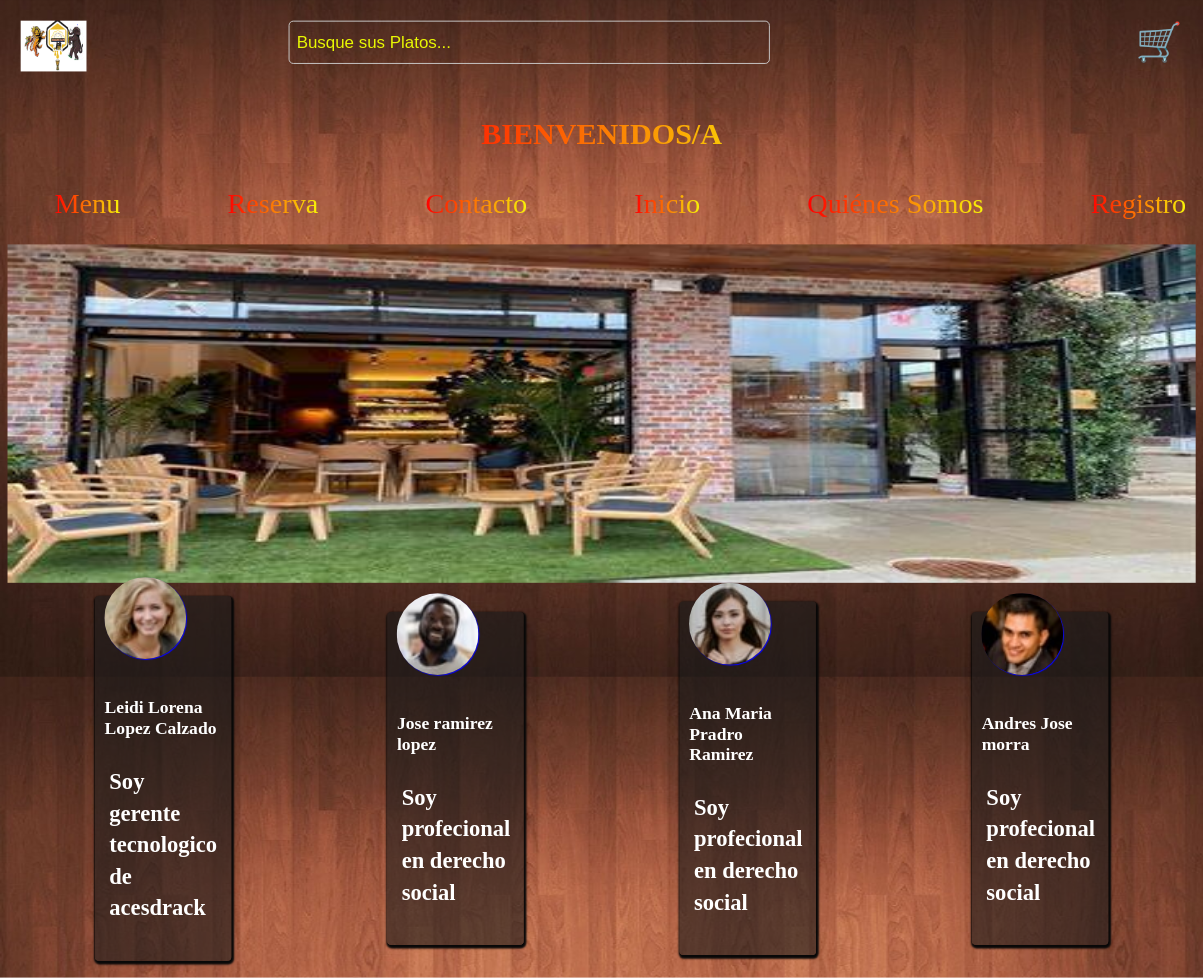
Repository: ye909/app_restaurante
Page: index.html
The author's editor kept a copy of each file at every save. The page is drawn from the files as they stood at one save, then again after the next save.
The browser window is 1280 px wide. The pictures show the whole page, at 94% of full size.
Backgrounds fixed to the window are drawn as part of the page.

Above is the page before, as saved 2025-01-12 07:17:55.
Console error: ReferenceError: menuItems is not defined

### index.html
<!DOCTYPE html>
<html lang="en">

<head>
  <meta charset="UTF-8">
  <meta name="viewport" content="width=device-width, initial-scale=1.0">
  <title>Document</title>
  <link rel="Icon" href="./public/imagen/letra.ico">
  <link rel="stylesheet" href="/css/menu_principal.css">
  <link rel="stylesheet" href="/css/footer.css">
  <link rel="stylesheet" href="/css/heder.css">
  <link rel="stylesheet" href="/css/modal_card.css">
  <link rel="stylesheet" href="/css/stilo.css">
  <link rel="stylesheet" href="/css/menu_navegacion.css">
  <link rel="stylesheet" href="/css/reservar.css">

</head>

<body>
  <header>
    <div class="container_header_card">
      <div class="imagen"><img src="/public/imagen/login.gif" alt=""></div>

      <input type="text" id="buscar" class="buscar" placeholder="Busque sus Platos...">
      <ul id="productList" class="productList"></ul>

      <div id="cart-btn" class="shopping">🛒</div>

  </header>



  <h1 class="bienvenida" id="bienvenida">BIENVENIDOS/A</h1>
  <nav>
    <ul>
      <li id="menu-btn"><a href="#">Menu</a></li>

      <li><a href="./maquetacion/templei/reserva.html" target="_self">Reserva</a></li>
      <li><a href="#contacto">Contacto</a></li>
      <li><a href="./public/templeis/login.html" target="_self">Inicio</a></li>
      <li><a href="#somos">Quiénes Somos</a></li>
      <li><a href="./public/templeis/registro.html" target="_self">Registro</a> </li>
    </ul>
  </nav>
 <img src="./public/imagen/rrstaurante1.jpg" alt="" class="imgRestaurante">

  <main id="menu-view" class="menu-view">
    <div class="filter-buttons">
      <button class="filter" data-region="Todos">Todos</button>
      <button class="filter" data-region="Latinoamérica">Latinoamérica</button>
      <button class="filter" data-region="Centroamérica">Centroamérica</button>
      <button class="filter" data-region="Suramérica">Suramérica</button>
    </div>
    <div id="menu-items" class="menu-items"></div>
    <div>
      <h1>aaas</h1>
    </div>
    <audio id="clickSound" src="./public/audio/mouse_btn3.mp3"></audio>
  </main>


  <main id="cart-view" class="cart-view">
    <h2 class="carro">Carrito de Compras</h2>
    <div id="cart-items" class="cart-items"></div>
    <div class="cart-total">
      <p>Total: <span id="cart-total">$0.00</span></p>
      <button id="back-to-menu">Volver al Menú</button>
      <button id="Domicilio"> <a href="./maquetacion/templei/domicilio.html"  target="_self">Domicilio</a></button>

    </div>
  </main>

  <div class="container_card_persona">

    <article class="container_persona">
      <img src="./public/imagen/mona.jpg" alt=""><br><br>
      <h3>Leidi Lorena Lopez Calzado</h3>
      <p>Soy gerente tecnologico de acesdrack </p>
    </article>

    <article class="container_persona">
      <img src="./public/imagen/afro.jpg" alt=""><br><br>
      <h3>Jose ramirez lopez</h3>
      <p>Soy profecional en derecho social</p>
    </article>


    <article class="container_persona">
      <img src="./public/imagen/indigena.jpg" alt=""><br><br>
      <h3>Ana Maria Pradro Ramirez</h3>
      <p>Soy profecional en derecho social</p>
    </article>

    <article class="container_persona">
      <img src="./public/imagen/mestizo.jpg" alt=""><br><br>
      <h3>Andres Jose morra</h3>
      <p>Soy profecional en derecho social</p>
    </article>


  </div>
  <!--
  <p class="text_invitacion"> Los envitamos a que descubra una explosión de sabores en cada bocado. <br>
    Tu próxima experiencia gastronómica inolvidable te espera.
  </p>
  <br> <br>

  <div class="quienes_somos" id="somos">
    <h1>Quiénes Somos</h1>
    <p>En <strong>Gostriafromix</strong>, somos un restaurante apasionado por la buena comida y el servicio de calidad.
      <br>
      Fundado con el propósito de ofrecer una experiencia gastronómica única, combinamos ingredientes frescos con
      recetas innovadoras para crear platos que deleitan el paladar. <br>
      Nuestro equipo está compuesto por chefs experimentados y personal dedicado que trabaja día a día para hacer que
      cada visita sea inolvidable.
    </p>
    <p>Nuestro objetivo es brindarte un ambiente acogedor donde puedas disfrutar de momentos especiales, ya sea con
      amigos, familiares o en una ocasión especial. Te invitamos a
      visitarnos y descubrir por qué somos el lugar preferido por los amantes de la buena comida.</p>
  </div>

  <footer>
    <div class="conataine_footer">
      <div>
        <h4>Servicio al ciudadano</h4>
        <p><span>L</span>ínea directa <br> <br> (601) 2773555</p>
        <p id="domicilio"><span>S</span>ervicios ha domicilio<br> <br>328866178 <br><br>Dirreccion calle 12# 43-23 sur
        </p>

      </div>

      <div>
        <h4>Lineas de atencion</h4>
        <p><span>E</span>n Bogotá, <br> desde fijo o celular, al <br><br>
          (601) 307 70 51 <br><br>
          01 8000 930100 <br><br>
          <span>D</span>esde celular marca <br><br>
          #961
        </p>
      </div>
      <div>
        <h4>Redes</h4>
        <div><a href=""><i class="fa-brands fa-facebook"> </i></a> Facebook</div>
        <div><a href=""><i class="fa-brands fa-twitter"></i></a>Twitter</div>
        <div><a href=""><i class="fa-brands fa-linkedin"></i> </a>Linkedin</div>
        <div><a href=""><i class="fa-brands fa-instagram"></i></a> Instagram</div>
      </div>
      <div>
        <h4 id="contacto">Contacto</h4>
        <p><span>D</span>irección Nacional<br><br>
          <span>C</span>arrera 85K No. 46A-66<br><br>
          <span>b</span>ogotá D.C., Colombia<br><br>
          <span>T</span>eléfono administrativo<br><br>
          (60)1 419 3000
        </p>
      </div>

      <div>
        <h4> Canales de atención</h4>
        <p><a href="#">Preguntas frecuentes</p></a><br>
        <p><a href="#">Escríbe tu PQRS</p></a><br>
        <p><a href="#">Nuestras sedes</p></a>
      </div>
    </div>
  </footer>
  <div class="container_final">2024 Bogota Colombia D.C</div> -->


  <script src="./js/script.js"></script>
  <script src="./js/productos.js"></script>
  <script src="./js/dinamico.js"></script>
</body>

</html>

### css/menu_principal.css
:scope{
    padding: 0%;
    margin: 0%;
    overflow: scroll;
}

html {
    scroll-behavior: smooth;
    background-image: url(../public/imagen/janos.jpg);
    background-repeat: no-repeat;
    background-size: cover;
    background-attachment: fixed;
    background-size: 100% 100%;
    height: auto;
  }
  .container_card_persona {
    display: flex;
    justify-content: space-around;
    align-items: center;
    flex-direction: row;
    flex-wrap: wrap;
    padding: 10px;
  }
  .container_persona {
    width: 10%;
    background: rgba(26, 25, 25, 0.6);
    border-radius: 4px;
    color: white;
    padding: 10px;
    height: auto;
    box-shadow: rgb(8, 8, 8) 1px 2px 2px 2px;
  }
  .container_persona img {
    object-fit: cover;
    width: 70%;
    margin-top: -30px;
    border-radius: 80px;
    box-shadow: rgb(8, 4, 247) 1px 1px 1px;
  }
/*






  h3 {
    text-align: center;
    color: yellow;
  }
  .container_persona p {
    padding: 6px;
    font-size: 18px;
    list-style: 1.4;
  }

  .quienes-somos {
    width: 100%;
    text-align: center;
    background: rgba(232, 232, 157, 0.4);
  }
  .quienes-somos p {
    font-size: 30px;
    line-height: 1.4;
  }

  .text_invitacion {
    font-size: 25px;
    line-height: 1.4;
    width: 99%;
    text-align: center;
    background: rgba(232, 232, 157, 0.2);
  }
   */

### css/footer.css
.conataine_footer {
  display: flex;
  justify-content: space-between;
  flex-direction: row;
  flex-wrap: wrap;
  margin: 10px;
}

p {

  padding: 5px;
  font-size: 20px;
  font-weight: bold;
}
span {
  font-size: 25px;
}
.quienes_somos {
  background:rgba(161, 161, 59, 0.5);
}
.quienes_somos p{
  text-align: center;
font-size: 25px;
}
:is(.container_final) {
  display: flex;
  justify-content: center;
  align-items: center;
}

h4 {
  color: blue;
  font-size: 30px;
}
:is(.container_final, h4, i) {
  padding: 10px;
}
.container_final {
  background: rgba(12, 12, 12, 0.2);
  color: white;
}
.fa-facebook {
  color: rgb(5, 5, 253);
}
.fa-twitter {
  color: rgb(8, 123, 245);
}
.fa-linkedin {
  color: rgb(71, 71, 155);
}
.fa-instagram {
  color: rgb(243, 17, 17);
}
a {
  cursor: pointer;

}
footer a {
  font-size: 20px;
  color: white;
}
footer {
  background: rgba(10, 10, 10, 0.6);
  color: white;
}

### css/heder.css
.container_header_card{
    display: flex;
    justify-content: space-between;
    justify-items: center;
    flex-direction: row;
    flex-wrap: wrap;
    padding: 14px;
    }

 .productList {
     list-style-type: none;
     padding: 0;
 }

 .productList li {
     padding: 10px;
     border-bottom: 1px solid #ccc;
 }

 .productList li:last-child {
     border-bottom: none;
 }

  .container_header_card img{
    width: 70px;
}
  .shopping{
    font-size: 40px;
cursor: pointer;
}
.buscar::placeholder{
    color:rgb(232, 248, 3);
    font-size: 18px;
}

.buscar {
    width: 40%;
    height: 3.9vh;
    background:transparent;
    color:white;
    font-size: 18px;
    border-radius: 5px;
    margin-left: 20px;
}
:is(.bienvenida,
 .buscar){
     padding: 8px;
 }
 .bienvenida{
    background-image:linear-gradient(to left, rgb(4, 151, 4), rgb(248, 244, 7),  red,rgb(14, 14, 240));
    -webkit-text-fill-color:transparent;
    -webkit-background-clip: text;
    background-clip: text;
    text-align: center;


}

### css/modal_card.css
t-items{
     display: none;
}
.card {
  width: 15%;
  height: 20vh;
  padding: 10px;
  background: rgba(0, 0, 0, 0.4);
  border-radius: 10px;
}
h1{
  text-align: center;
  padding: 10px;

}
.carro{
  color:yellow;
}
.card img {
  width: 100%;
  height: 150px;
  object-fit: cover;
  border-radius: 5px;
}
.cart-view,.menu-view{
  display: none;
}
.card button {
  margin-top: 10px;
  background-color: #007bff;
  color: white;
  border: none;
  padding: 10px;
  border-radius: 5px;
  cursor: pointer;
}

.card button:hover {
  background-color: #0056b3;
}

.cart-total {
  text-align: right;
  margin: 20px;
}


.cart-total{
  font-size: 20px;
  color:blue;
}
button {
  width: 270px;
  padding: 10px;

  margin: 10px;
  transition: background-color 0.3s ease, transform 0.2s ease;
  border-radius: 20px ;
  background: rgba(247, 247, 248, 0.568) ;
  color: blue;
  font-size: 20px;
}
button:hover {
  border: none;
  background: #0606f8fd;
  color: black;
  box-shadow: rgb(7, 71, 236) 2px 2px 2px, rgb(7, 71, 236) 2px 2px 2px,
    rgb(7, 71, 236) 2px 2px 2px, rgb(7, 71, 236) 2px 2px 2px;
}

### css/stilo.css


/*

    .filter-buttons {
      margin: 20px;
      text-align: center;
    }

    .filter {
      margin: 5px;
      padding: 10px 15px;
      background-color: #007bff;
      color: white;
      border: none;
      cursor: pointer;
      border-radius: 5px;
    }

    .filter:hover {
      background-color: #0056b3;
    }
    .menu-items,.cart-view{
      display: flex;
      justify-content: space-between;
      justify-content: center;
      flex-direction: row;
      flex-wrap: wrap;
      gap: 20px;
    }
     */

### css/menu_navegacion.css


ul{
display: flex;
justify-content: space-between;
text-align: center;
flex-direction: row;
flex-wrap: wrap;
}
li{
    font-size: 30px;
    list-style: none;
margin: 10px;

}
.imgRestaurante {
    width: 100%;
    height: 50vh;

  }
a{

    list-style: none;
    text-decoration: none;
    color: blue;
}
li:hover{
    transition: 1s ease , transform 1s ease;
    border-bottom: 2px solid yellow;


}
nav a{
    background-image:linear-gradient(to left, rgb(248, 244, 7),  red);
    -webkit-text-fill-color:transparent;
    -webkit-background-clip: text;
    background-clip: text;
    text-align: center;
}

### css/reservar.css

html {
    scroll-behavior: smooth;
    background-image: url(../public/imagen/fondo_card.jpg);
    background-repeat: no-repeat;
    background-size: cover;
    background-attachment: fixed;
    background-size: 100% 100%;
    height: auto;
  }
.container {
    max-width: 450px;
    margin: 100px 700px;
    background:rgba(14, 13, 13,0.3);
    box-shadow: rgb(7, 71, 236)  1px 1px 1px 2px,rgb(7, 71, 236) 1px  1px 1px 2px;
    padding: 20px;
    border-radius: 8px;

}
.form{
  padding: 10px;
  margin-left: 30px;
}
.title {
    text-align: center;
    font-size: 30px;
    margin-bottom: 20px;
  }

  .form-group {
    margin-bottom: 15px;
  }


  label {
    display: block;
    margin-bottom: 5px;
    font-weight: bold;
    font-size: 25px;
  }
  ::placeholder{
    font-size: 20px;
  }
  input:focus{

  outline: 1px solid #007BFF;
  background:transparent;
  color:white;
  }
  input, textarea {
    width: 80%;
    padding: 10px;
    border: 1px solid #ccc;
    border-radius: 4px;
  }
  #hora{
    width: 60%;
  }

  .inline-group {
    display: flex;
    gap: 15px;
  }

  .inline-group > div {
    flex: 1;
  }

  textarea {
    resize: vertical;
  }

.submit-button {
  width: 86%;
  padding: 10px;
  background-color: #007BFF;
  color: white;
  border: none;
  border-radius: 4px;
  font-size: 16px;
  cursor: pointer;
}

.submit-button:hover {
  background-color: #0056b3;
}

/*crear la animacion donde el mensaje salga de ariba asta el centro de la panta */

.container_modal_reserva{
  transition: 2s;
  max-width: 450px;
  margin: 100px 700px;
  background:rgba(14, 13, 13,0.3);
  box-shadow: rgb(7, 71, 236)  1px 1px 1px 2px,rgb(7, 71, 236) 1px  1px 1px 2px;
  padding: 20px;
  border-radius: 8px;
 opacity: 0;

}
h1 {
  color: #007bff;
  text-align: center;
}
p {
  line-height: 1.4;
  font-size: 24px;
}
.mensaje{
  text-align: center;
  font-weight: bolder;
}
.validar_nombre{
    font-size: 30px;
    color: white;
}

### js/script.js

  let cart = [];
  let selectedRegion = "Todos";

  const menuView = document.getElementById("menu-view");
  const cartView = document.getElementById("cart-view");
  const menuItemsContainer = document.getElementById("menu-items");
  const cartItemsContainer = document.getElementById("cart-items");
  const cartTotal = document.getElementById("cart-total");

  document.querySelectorAll(".filter").forEach(button => {
    button.addEventListener("click", () => {
      selectedRegion = button.getAttribute("data-region");
      renderMenu();
    });
  });

  document.getElementById("menu-btn").addEventListener("click", () => {
    menuView.style.display = "block";
    cartView.style.display = "none";
  });

  document.getElementById("cart-btn").addEventListener("click", () => {
    menuView.style.display = "none";
    cartView.style.display = "block";
    renderCart();
  });

  document.getElementById("back-to-menu").addEventListener("click", () => {
    menuView.style.display = "block";
    cartView.style.display = "none";
  });

  function renderMenu() {
    menuItemsContainer.innerHTML = "";
    const filteredItems = selectedRegion === "Todos" ? menuItems : menuItems.filter(item => item.region === selectedRegion);
    filteredItems.forEach(item => {
      const card = document.createElement("div");
      card.className = "card";
      card.innerHTML = `
        <img src="${item.image}" alt="${item.name}">
        <h3>${item.name}</h3>
        <p>${item.description}</p>
        <p><strong>$${item.price.toFixed(2)}</strong></p>
        <button onclick="addToCart(${item.id})">Agregar</button>
      `;
      menuItemsContainer.appendChild(card);
    });
  }

  function renderCart() {
    cartItemsContainer.innerHTML = "";
    cart.forEach(item => {
      const cartItem = document.createElement("div");
      cartItem.className = "card";
      cartItem.innerHTML = `
        <h3>${item.name}</h3>
        <p>Cantidad: ${item.quantity}</p>
        <p><strong>$${(item.price * item.quantity).toFixed(2)}</strong></p>
      `;
      cartItemsContainer.appendChild(cartItem);
    });
    const total = cart.reduce((sum, item) => sum + item.price * item.quantity, 0);
    cartTotal.textContent = `$${total.toFixed(2)}`;
  }

  function addToCart(id) {
    const item = menuItems.find(item => item.id === id);
    const cartItem = cart.find(item => item.id === id);
    if (cartItem) {
      cartItem.quantity++;
    } else {
      cart.push({ ...item, quantity: 1 });
    }
  }

  renderMenu();

### js/productos.js
const menuItems = [
  { id: 1, name: "Tacos al Pastor", description: "Delicious tacos", price: 12.99, image: "https://via.placeholder.com/150", region: "Latinoamérica" },
  { id: 2, name: "Pupusas", description: "Thick griddle cakes", price: 9.99, image: "https://via.placeholder.com/150", region: "Centroamérica" },
  { id: 3, name: "Ceviche", description: "Fresh seafood", price: 15.99, image: "https://via.placeholder.com/150", region: "Suramérica" },
];


// const menuItems = [

//     {
//       id:1,
//       nombre: "Bebida caliente",
//       img: "./public/imagen/bebidas_calientes1.PNG",
//       precio: 20000,
//       descripcion1: "hecho en los mejores lugares de paris",
//       cantidad: 1,
//     },

//     {
//       id:4,
//     precio:10000,
//     nombre:"carne",
//     img:"./public/imagen/mexica1.jpg",
//       descripcion:"Los tacos son uno de los mida "
//     , descripcion1:"tanos"
//     },
//     {
//       id:5,
//       precio:100,
//       nombre:"Sancocho",
//       img:"./public/imagen/sancocho.webp",
//         descripcion:"ya no kkkkk",
//          descripcion1:"plato de casula"
//     },
//     {
//       id:6,
//       precio:30000,
//     nombre:"Lechona",
//     img:"./public/imagen/mexica2.jpg",
//       descripcion:"La lechona es un plato típico de la "
//      ,descripcion1:"plátanos rellenos"
//     },
//     {
//       id:7,
//     precio:90000,
//     nombre:"Postre",
//     img:"./public/imagen/postre2.PNG",
//       descripcion:"ya nhhjshhshao ",
//        descripcion1:"Sabor y dulsura en el plato"
//     },
//     {
//       id:8,
//     precio:10000,
//     nombre:"Coltel",
//     img:"./public/imagen/coltel.webp",
//       descripcion:"Los tacos son uno de comida "
//     , descripcion1:"tanos"
//     },

//     {
//       id:10,
//       precio:30000,
//     nombre:"Cerveza",
//     img:"./public/imagen/cervezas.webp",
//       descripcion:"La lechona es un conoce como "
//      ,descripcion1:"plátanos rellenos"
//     },
//     {
//       id:9,
//       precio:100,
//       nombre:"plátanos rellenos",
//       img:"./public/imagen/platano.PNG",
//         descripcion:"ya no kkkkk",
//          descripcion1:"Rellenos de bocadillo y queso"
//     },
//     {
//       id:10,
//       precio:30000,
//     nombre:"Jugos",
//     img:"./public/imagen/JUGOS_NATURALES.jpg",
//       descripcion:"La lechona es unente se conoce como "
//      ,descripcion1:"plátanos rellenos"
//     },
//     {
//       id:11,
//     precio:90000,
//     nombre:"Arrozanas",
//     img:"./public/imagen/mexico6.jpg",
//       descripcion:"ya nhhjshhshao ",
//        descripcion1:"plátanos rellenos"
//     },
//     {
//     id:11,
//     precio:90000,
//     nombre:"Licor",
//     img:"./public/imagen/licores.webp",
//       descripcion:"ya nhhjshhshao ",
//        descripcion1:"plátanos rellenos"
//     }
//     //    contenido:"ya no"
//   ];

### js/dinamico.js


const menuview = document.getElementById("menu-view")
const menu_principal=document.getElementById("menu_principal").addEventListener("click",ver_menu)

// texto de bienvenida

setTimeout(()=>{
    const bienvenida = document.getElementById("bienvenida").remove()
    bienvenida.style.transition=" background-color 0.3s ease, transform 0.7s ease; "
},3000)


// audio de los botones
const playSound = function () {
    var audio = document.getElementById("clickSound");
    audio.play();
  }





// // Ejemplo de notificación (opcional)
// document.getElementById('btnboton_agregar').addEventListener('click', () => {
//     if (Notification.permission === 'granted') {
//         new Notification('¡Hola desde tu PWA!');
//     } else if (Notification.permission !== 'denied') {
//         Notification.requestPermission().then((permission) => {
//             if (permission === 'granted') {
//                 new Notification('¡Hola desde tu PWA!');
//             }
//         });
//     }
// });

After the next save:
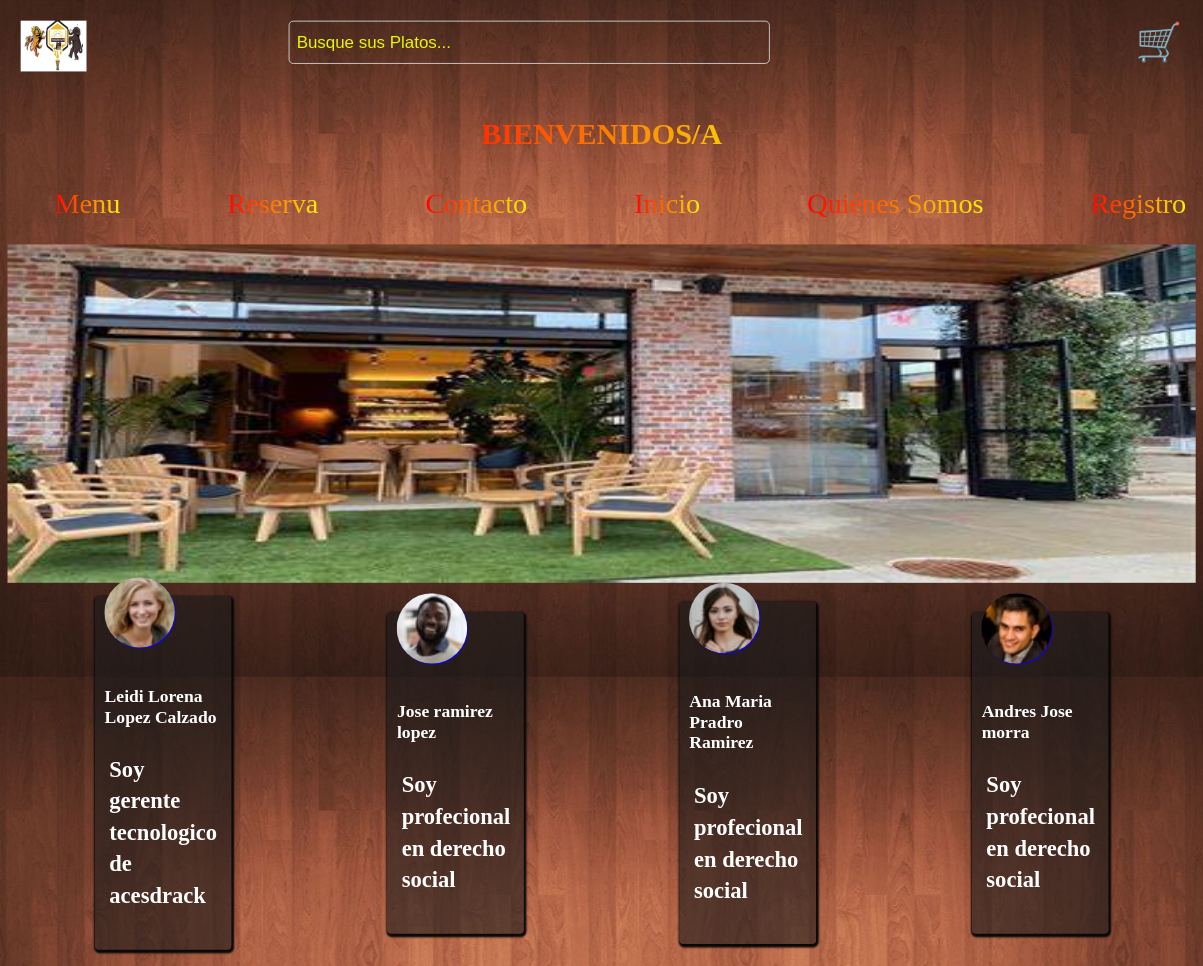
Saved 12 s later.
--- a/css/menu_principal.css
+++ b/css/menu_principal.css
@@ -32,7 +32,7 @@ html {
   }
   .container_persona img {
     object-fit: cover;
-    width: 70%;
+    width: 60%;
     margin-top: -30px;
     border-radius: 80px;
     box-shadow: rgb(8, 4, 247) 1px 1px 1px;
